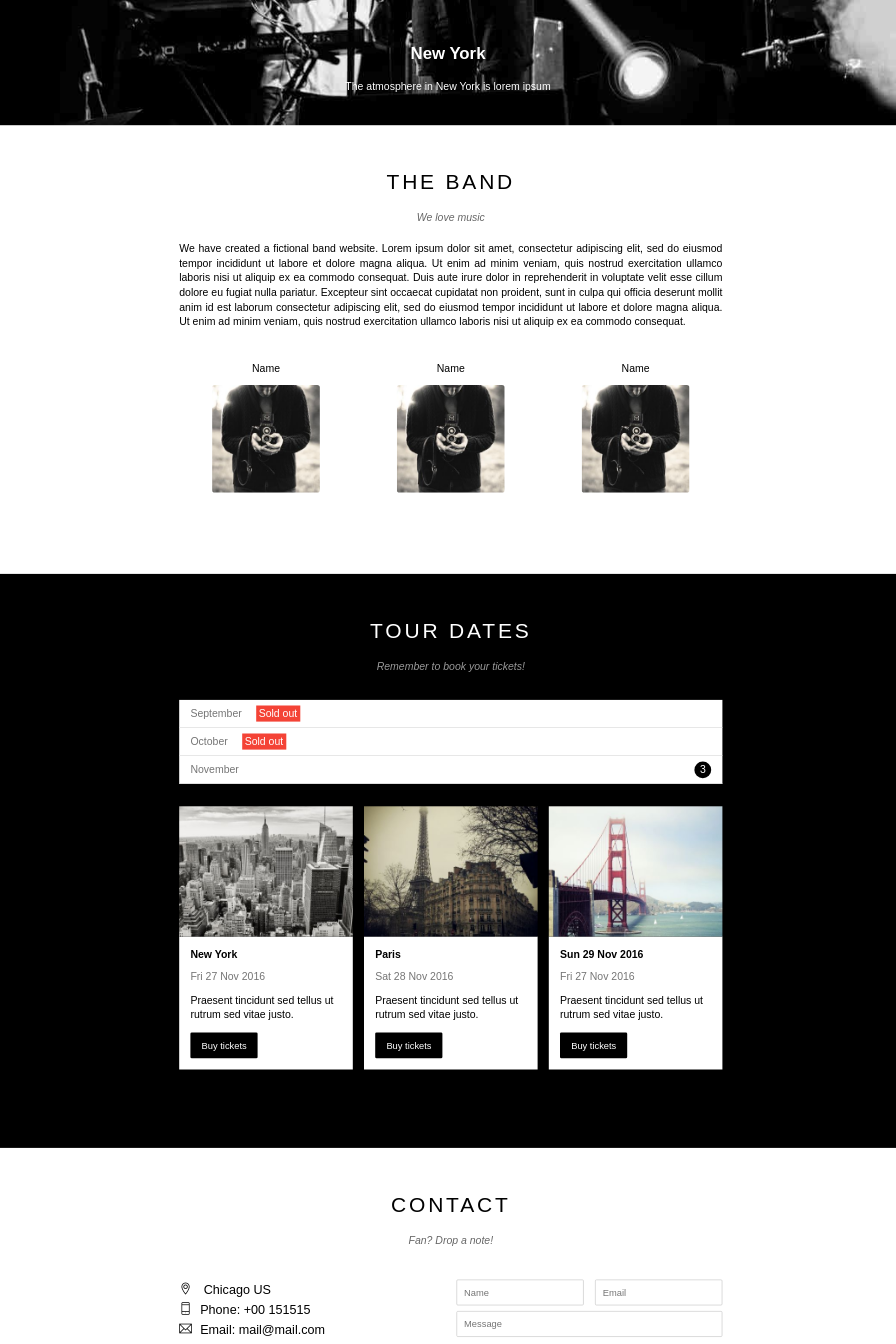
Repository: Phunobita/The-band-w3school
Page: index.html
The author's editor kept a copy of each file at every save. The page is drawn from the files as they stood at one save, then again after the next save.
The browser window is 1280 px wide. The pictures show the part of the page from y = 507 to 2427 px (the page is 3495 px tall before and 3514 px after), at 70% of full size.

Above is the page before, as saved 2021-12-03 21:18:45.

After the next save:
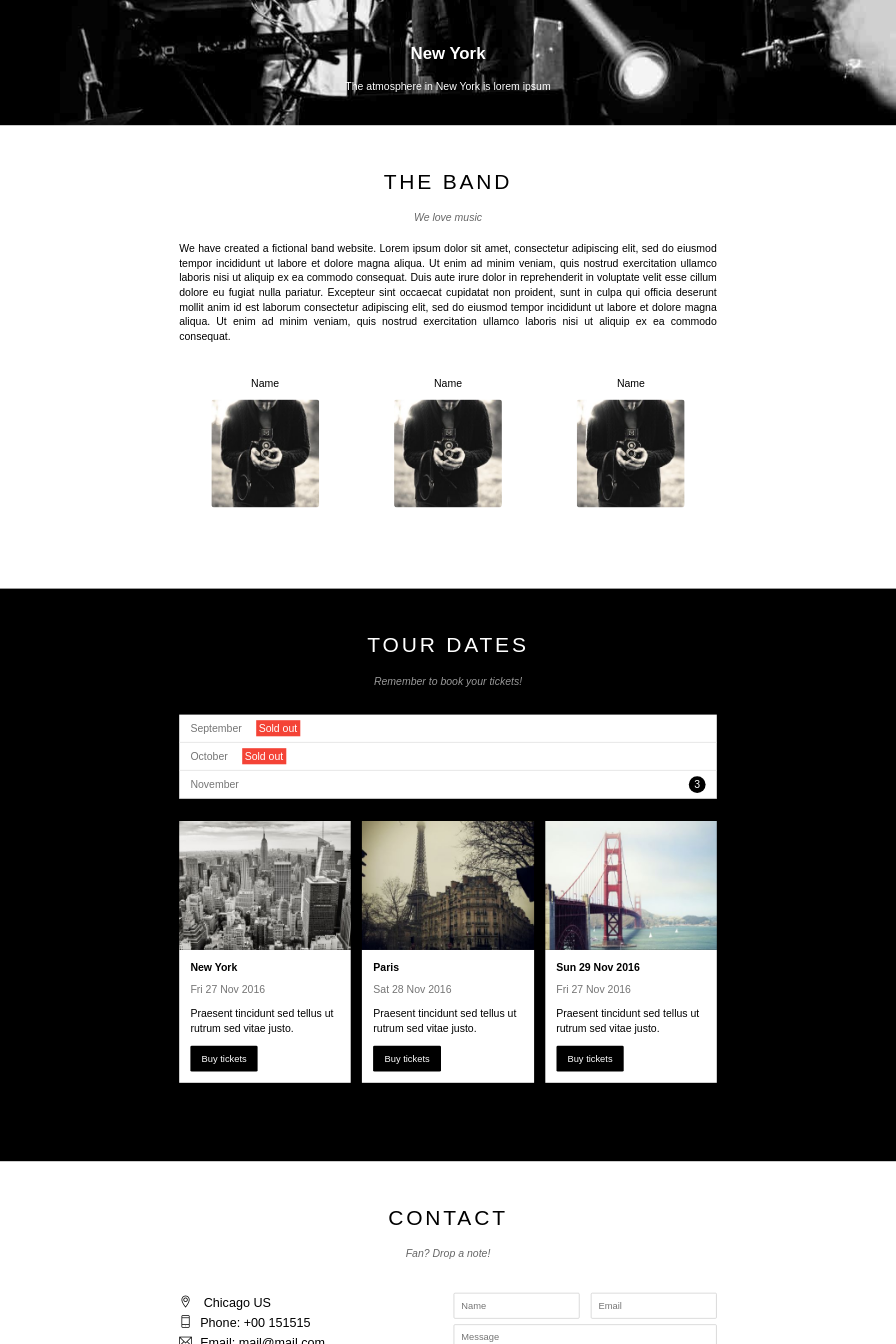
Saved 11 s later.
--- a/assets/css/style.css
+++ b/assets/css/style.css
@@ -178,7 +178,7 @@
   margin-left: auto;
   margin-right: auto;
   padding-left: 16px;
-  padding-right: 8px;
+  padding-right: 16px;
 }
 #content .section-heading {
   font-size: 30px;
